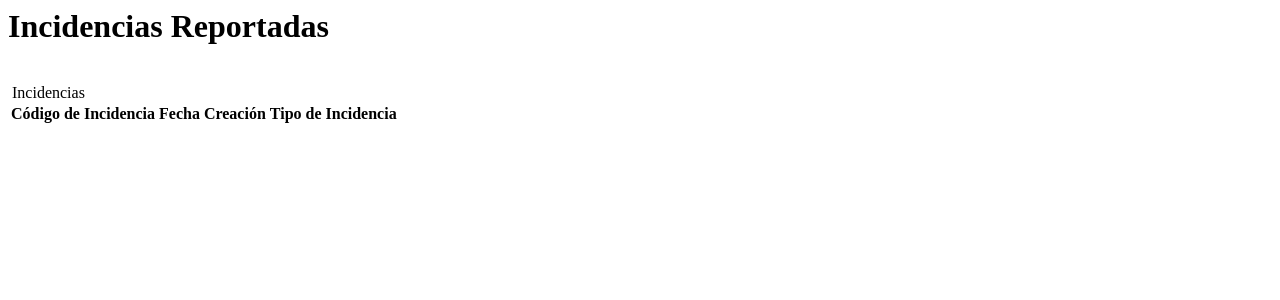
Repository: androla10/ProyectoCibert5to
Page: http://localhost/GDI/Incidencia/ListarIncidencia.jsp
An editor plug-in stored every save of this project. The page is shown before and after the next save, followed by the edit.
The browser window is 1280 px wide. The pictures show the whole page.
The page is served by Tomcat 9. Nobody is signed in. The application's start-up code is not run.

Above is the page before, as saved 2016-05-11 19:04:09.

After the next save:
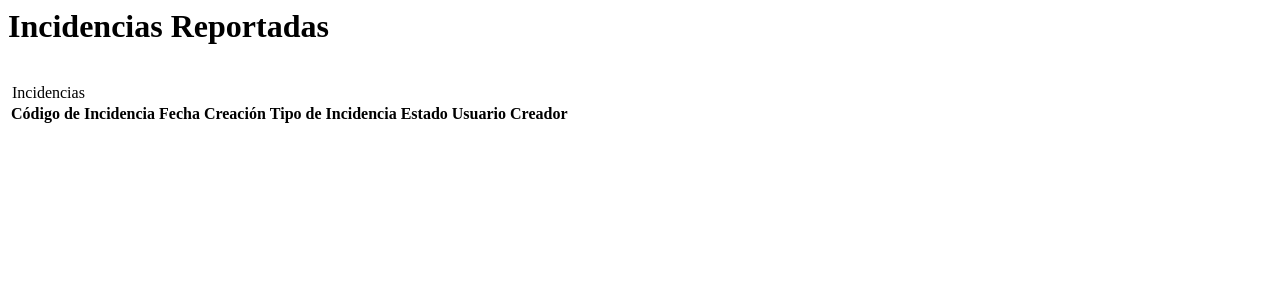
Saved 18 s later.
--- a/GDI/src/main/webapp/Incidencia/ListarIncidencia.jsp
+++ b/GDI/src/main/webapp/Incidencia/ListarIncidencia.jsp
@@ -11,8 +11,8 @@
 					<th>Código de Incidencia</th>
 					<th>Fecha Creación</th>
 					<th>Tipo de Incidencia</th>
-					<th></th>
-					<th></th>
+					<th>Estado</th>
+					<th>Usuario Creador</th>
 				</tr>
 			</table>
 		</div>
